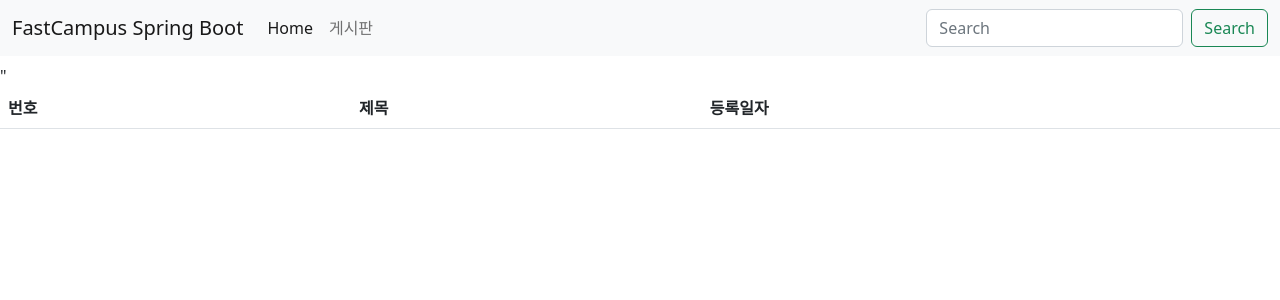
Repository: MeteorLee/Fastcampus_Spring
Page: http://localhost/java-web-01-jsp/board/list.jsp
The author's editor kept a copy of each file at every save. The page is drawn from the files as they stood at one save, then again after the next save.
The browser window is 1280 px wide. The pictures show the whole page.
The page is served by Tomcat 9. Queries for data that is not in the repository find no rows.

Above is the page before, as saved 2022-12-23 12:06:30.

### java-web-01-jsp/WebContent/board/list.jsp
<%@page import="java.sql.Statement"%>
<%@page import="java.sql.ResultSet"%>
<%@page import="java.sql.PreparedStatement"%>
<%@page import="java.sql.DriverManager"%>
<%@page import="java.sql.Connection"%>
<%@ page language="java" contentType="text/html; charset=UTF-8"
    pageEncoding="UTF-8"%>
<!DOCTYPE html>
<html>
	<head>
		<meta charset="UTF-8">
		<title>Insert title here</title>
		<link href="https://cdn.jsdelivr.net/npm/bootstrap@5.2.3/dist/css/bootstrap.min.css" rel="stylesheet" integrity="sha384-rbsA2VBKQhggwzxH7pPCaAqO46MgnOM80zW1RWuH61DGLwZJEdK2Kadq2F9CUG65" crossorigin="anonymous">
	</head>
	<body>
		<%@ include file="/common/header.jsp" %>

		<table class="table">
			<thead>
				<tr>
					<th scope="col">번호</th>
					<th scope="col">제목</th>
					<th scope="col">등록일자</th>
				</tr>
			</thead>
			<tbody>
<%
	// DB에 접속을 하고 위에 내용을 저장하는 소스 구현
	Connection connection = null;
	ResultSet rs = null;
	try {
		Class.forName("com.mysql.cj.jdbc.Driver");
		// 데이터베이스 접속을 위한 정보 set
		String jdbcUrl = "jdbc:mysql://localhost:3307/profile";
		// db설치시 기입한 접속정보 set
		String user = "root";
		String password = "1234";
		// db 접속 커넥션을 획득
		connection = DriverManager.getConnection(jdbcUrl, user, password);
		String sql = "SELECT BOARD_SEQ, TITLE, CONTENTS, REG_DATE FROM T_BOARD";
		// DB 커넥션 소스를 구현해야되요.
		Statement stmt = connection.createStatement();
		rs = stmt.executeQuery(sql);
		while (rs.next()) {
%>
		<tr>
			<th scope="row"><%=rs.getString("BOARD_SEQ") %></th>
			<td>
				<a href="/board/detail.jsp?boardSeq=<%=rs.getString("BOARD_SEQ") %>">
					<%=rs.getString("TITLE") %>
				</a>
			</td>
			<td><%=rs.getString("REG_DATE") %></td>
		</tr>
<%
		}
%>
<%
	} catch (Exception e) {
		e.printStackTrace();
	} finally {
		try {
			// ResultSet 연결을 종료
			if (rs != null) {
				rs.close();
			}
			// db 커넥션 연결을 종료
			if (connection != null) {
				connection.close();
			}
		} catch (Exception e) {
			e.printStackTrace();
		}
	}
%>
			</tbody>
		</table>
		<script src="https://cdn.jsdelivr.net/npm/bootstrap@5.2.3/dist/js/bootstrap.bundle.min.js" integrity="sha384-kenU1KFdBIe4zVF0s0G1M5b4hcpxyD9F7jL+jjXkk+Q2h455rYXK/7HAuoJl+0I4" crossorigin="anonymous"></script>
	</body>
</html>

### java-web-01-jsp/WebContent/common/header.jsp
<%@ page language="java" contentType="text/html; charset=UTF-8"
    pageEncoding="UTF-8"%>
<nav class="navbar navbar-expand-lg bg-light">
  <div class="container-fluid">
    <a class="navbar-brand" href="#">FastCampus Spring Boot</a>
    <button class="navbar-toggler" type="button" data-bs-toggle="collapse" data-bs-target="#navbarSupportedContent" aria-controls="navbarSupportedContent" aria-expanded="false" aria-label="Toggle navigation">
      <span class="navbar-toggler-icon"></span>
    </button>
    <div class="collapse navbar-collapse" id="navbarSupportedContent">
      <ul class="navbar-nav me-auto mb-2 mb-lg-0">
        <li class="nav-item">
          <a class="nav-link active" aria-current="page" href="/">Home</a>
        </li>
        <li class="nav-item">
          <a class="nav-link" href="/board/list.jsp">게시판</a>
        </li>

      </ul>
      <form action="/board/list.jsp" class="d-flex" role="search">
        <input name="query" class="form-control me-2" type="search" placeholder="Search" aria-label="Search">
        <button class="btn btn-outline-success" type="submit">Search</button>
      </form>
    </div>
  </div>
</nav>
<div class="mt-2"></div>"

After the next save:
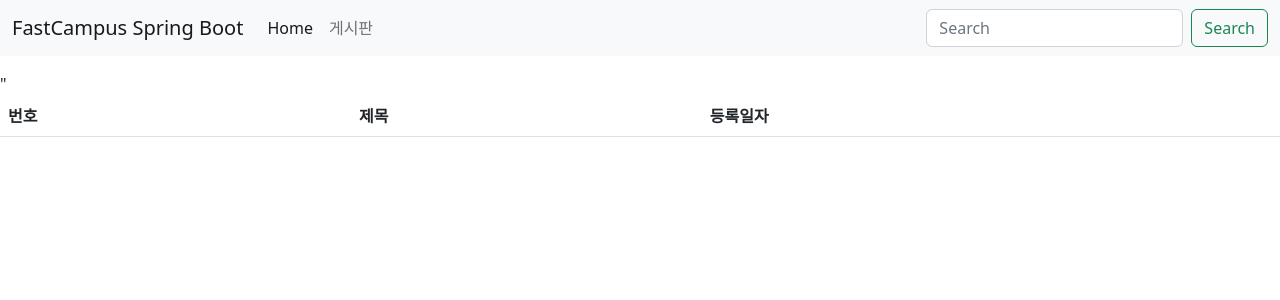
Saved 12 s later.
--- a/java-web-01-jsp/WebContent/common/header.jsp
+++ b/java-web-01-jsp/WebContent/common/header.jsp
@@ -23,4 +23,4 @@
     </div>
   </div>
 </nav>
-<div class="mt-2"></div>"
+<div class="mt-3"></div>"
